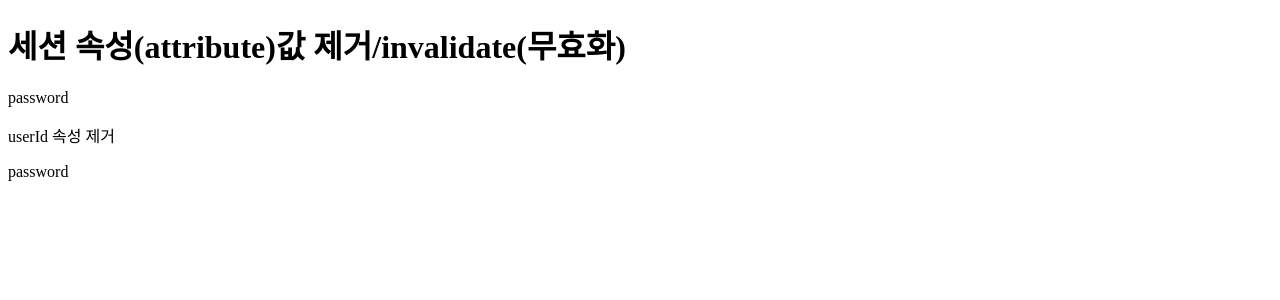
Repository: dnwpdud/WEB_CODES
Page: http://localhost/Web06_JSP_Servlet/ch17/sessionlnvalidate.jsp
The author's editor kept a copy of each file at every save. The page is drawn from the files as they stood at one save, then again after a run of saves.
The browser window is 1280 px wide. The pictures show the whole page.
The page is served by Tomcat 9. Other server files are loaded and not shown.

Above is the page before, as saved 2024-04-02 02:51:01.

### Web06_JSP_Servlet/src/main/webapp/ch17/sessionlnvalidate.jsp
<%@page import="java.util.Enumeration"%>
<%@ page language="java" contentType="text/html; charset=UTF-8"
    pageEncoding="UTF-8"%>
<!DOCTYPE html>
<html>
<head>
<meta charset="UTF-8">
<title>Invalidate</title>
</head>
<body>
	<h1>세션 속성(attribute)값 제거/invalidate(무효화)</h1>
	<%
		// 세션 attribute에 데이터 저장
		session.setAttribute("password", 123);

		// 세션 attribute 출력
		Enumeration<String> attrNames = session.getAttributeNames();
		while(attrNames.hasMoreElements()){
			String name = attrNames.nextElement();
			out.println(name + "<br>");
		}

		out.println("<p>userId 속성 제거</p>");
		session.removeAttribute("userId");

		attrNames = session.getAttributeNames();
		while(attrNames.hasMoreElements()){
			String name = attrNames.nextElement();
			out.println(name + "<br>");
		}

		session.invalidate();// 세션 무효화 : 모든 세션 속성을 제거
		// 유효하지 않은 세션 : 세션 속성이 아무것도 없거나 세션이 invalidate된 경우

	%>

</body>
</html>

After the next 2 saves:
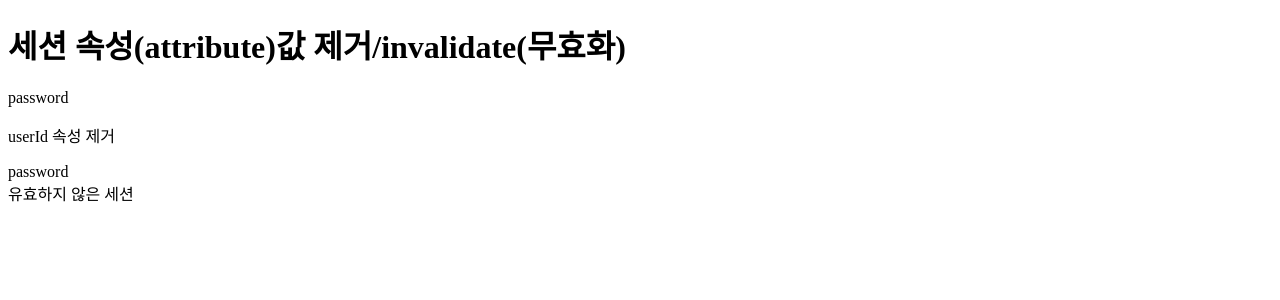
The 2 saves are shown as one change because they came seconds apart.
The last was saved 13 min 24 s later.
--- a/Web06_JSP_Servlet/src/main/webapp/ch17/sessionlnvalidate.jsp
+++ b/Web06_JSP_Servlet/src/main/webapp/ch17/sessionlnvalidate.jsp
@@ -32,6 +32,12 @@
 		session.invalidate();// 세션 무효화 : 모든 세션 속성을 제거
 		// 유효하지 않은 세션 : 세션 속성이 아무것도 없거나 세션이 invalidate된 경우
 
+		// 현재 세션이 유효(valid)한 지 체크
+		if(request.isRequestedSessionIdValid()){
+			out.println("유효한 세션<br>");
+		} else {
+			out.println("유효하지 않은 세션<br>");
+		}
 	%>
 
 </body>
